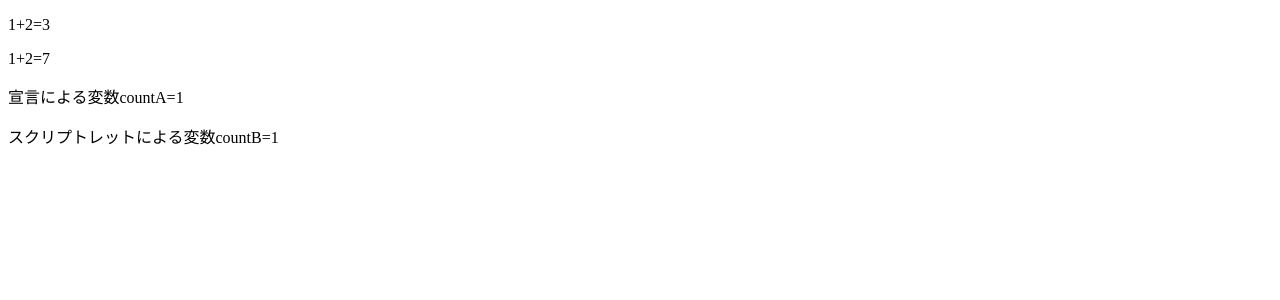
Repository: KimaruHirose/test
Page: http://localhost/HelloJSP/
The author's editor kept a copy of each file at every save. The page is drawn from the files as they stood at one save, then again after the next save.
The browser window is 1280 px wide. The pictures show the whole page.
The page is served by Tomcat 9.

Above is the page before, as saved 2018-06-01 07:45:05.

After the next save:
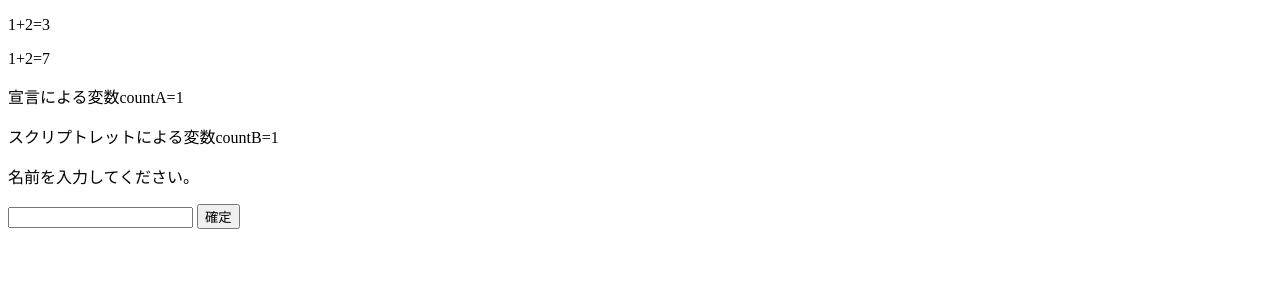
Saved 4 min 48 s later.
--- a/HelloJSP/WebContent/index.jsp
+++ b/HelloJSP/WebContent/index.jsp
@@ -23,5 +23,11 @@
 %>
 <p>宣言による変数countA=<%=countA %></p>
 <p>スクリプトレットによる変数countB=<%=countB %></p>
+
+<p>名前を入力してください。</p>
+<form method="post"action="greeting-out.jsp">
+<input type="text"name="user">
+<input type="submit"value="確定">
+</form>
 </body>
 </html>
